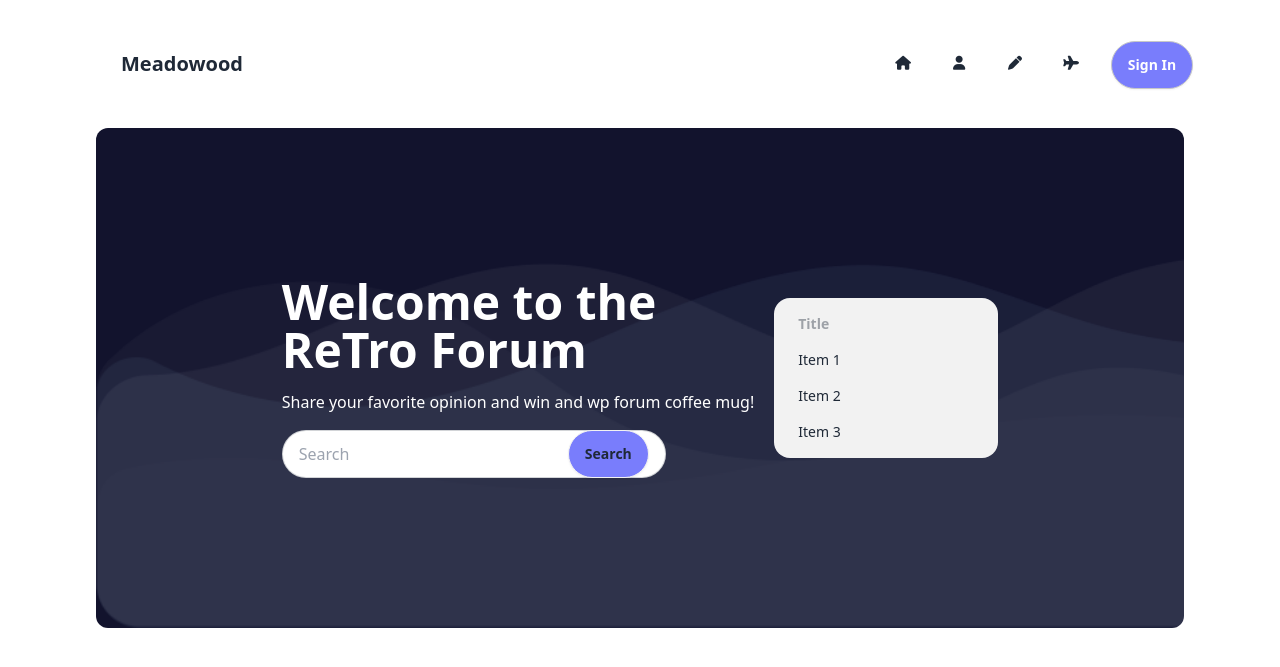
Repository: RudrasahaDibos/Meadowood-Forum
Page: index.html
These files come from the project's save history. The page is drawn as it stood at one moment and after a run of saves; the edit follows.
The browser window is 1280 px wide. The pictures show the whole page.
Some web libraries are served in a nearby version.

Above is the page before, as saved 2024-11-24 12:49:09.

### index.html
<!DOCTYPE html>
<html lang="en">
    <head>
        <meta charset="UTF-8">
        <meta name="viewport" content="width=device-width, initial-scale=1.0">
        <title>Meadowood Forum</title>

        <!-- tailwind  -->
        <link
            href="https://cdn.jsdelivr.net/npm/daisyui@4.12.14/dist/full.min.css"
            rel="stylesheet" type="text/css" />
        <script src="https://cdn.tailwindcss.com"></script>

        <!-- font awesome  -->
        <link rel="stylesheet"
            href="https://cdnjs.cloudflare.com/ajax/libs/font-awesome/6.7.1/css/all.min.css"
            integrity="sha512-5Hs3dF2AEPkpNAR7UiOHba+lRSJNeM2ECkwxUIxC1Q/FLycGTbNapWXB4tP889k5T5Ju8fs4b1P5z/iB4nMfSQ=="
            crossorigin="anonymous" referrerpolicy="no-referrer" />

    </head>
    <body class="container mx-auto lg:px-24 px-8">
        <!-- header is start here  -->
        <header class="mt-8">
            <!-- navbar is start here  -->
            <div class="navbar bg-base-100">
                <div class="flex-1">
                    <a class="btn btn-ghost text-xl">Meadowood</a>
                </div>
                <div class="flex-none">
                    <div class="dropdown dropdown-end mr-6">
                        <div  role="button"
                            class="btn btn-ghost btn-circle flex w-full  ">
                            <div class="indicator rounded-full border-1 h-8 w-8 mr-4 tooltip" data-tip="home">
                                <i class="fa-solid fa-house h-5 w-5 mx-auto mt-2"></i>
                            </div>
                            <div class="indicator rounded-full border-1 h-8 w-8 mr-4 tooltip" data-tip="User">
                                <i class="fa-solid fa-user h-5 w-5 mx-auto mt-2"></i>
                            </div>
                            <div class="indicator rounded-full border-1 h-8 w-8 mr-4 tooltip" data-tip="pen">
                                <i class="fa-solid fa-pen h-5 w-5 mx-auto mt-2"></i>
                            </div>
                            <div class="indicator rounded-full border-1 h-8 w-8 mr-4 tooltip" data-tip="flight">
                                <i class="fa-solid fa-plane h-5 w-5 mx-auto mt-2"></i>
                            </div>
                        </div>

                    </div>
                    <div class="dropdown dropdown-end">
                        <div tabindex="0" role="button"
                            class="btn btn-ghost btn-circle avatar">

                                <button class="btn btn-active bg-[#797DFC] text-white rounded-full ">Sign In</button>

                        </div>
                        <ul
                            tabindex="0"
                            class="menu menu-sm dropdown-content bg-base-100 rounded-box z-[1] mt-3 w-52 p-2 shadow">
                            <li>
                                <a class="justify-between">
                                    Profile
                                    <span class="badge">New</span>
                                </a>
                            </li>
                            <li><a>Settings</a></li>
                            <li><a>Logout</a></li>
                        </ul>
                    </div>
                </div>
            </div>
            <!-- navbar is  end here  -->

             <!-- bannner start here  -->
             <div class="lg:w-full w-[450px] relative bg-no-repeat bg-cover h-[500px] z-0 rounded-xl overflow-hidden mt-8 bg-[#12132D]" style="background-image: url('/images/bgbanner.png');">
                <div class="relative top-0 left-0 w-full h-full z-10  flex  justify-center items-center gap-5 ">

                  <div class="space-y-4">
                    <h2 class="text-5xl font-extrabold font-manrope text-white">Welcome to the <br> ReTro Forum</h2>
                    <p class="text-white">Share your favorite opinion and win and wp forum coffee mug!</p>
                    <label class="input input-bordered flex items-center gap-2 w-96 rounded-full">
                        <input type="text" class="grow" placeholder="Search" />
                         <button class="btn bg-[#797DFC] rounded-full">Search</button>
                      </label>
                  </div>

                   <div>
                    <ul class="menu bg-base-200 rounded-box w-56">
                        <li class="menu-title">Title</li>
                        <li><a>Item 1</a></li>
                        <li><a>Item 2</a></li>
                        <li><a>Item 3</a></li>
                      </ul>
                   </div>

                </div>
                </div>
             <!-- bannner end here  -->




        </header>
        <!-- header is end here  -->

        <!-- main is start here  -->
        <main>

        </main>
        <!-- main is end here  -->

        <!-- footer is start here  -->

        <!-- footer is end here  -->
    </body>
</html>

After the next 3 saves:
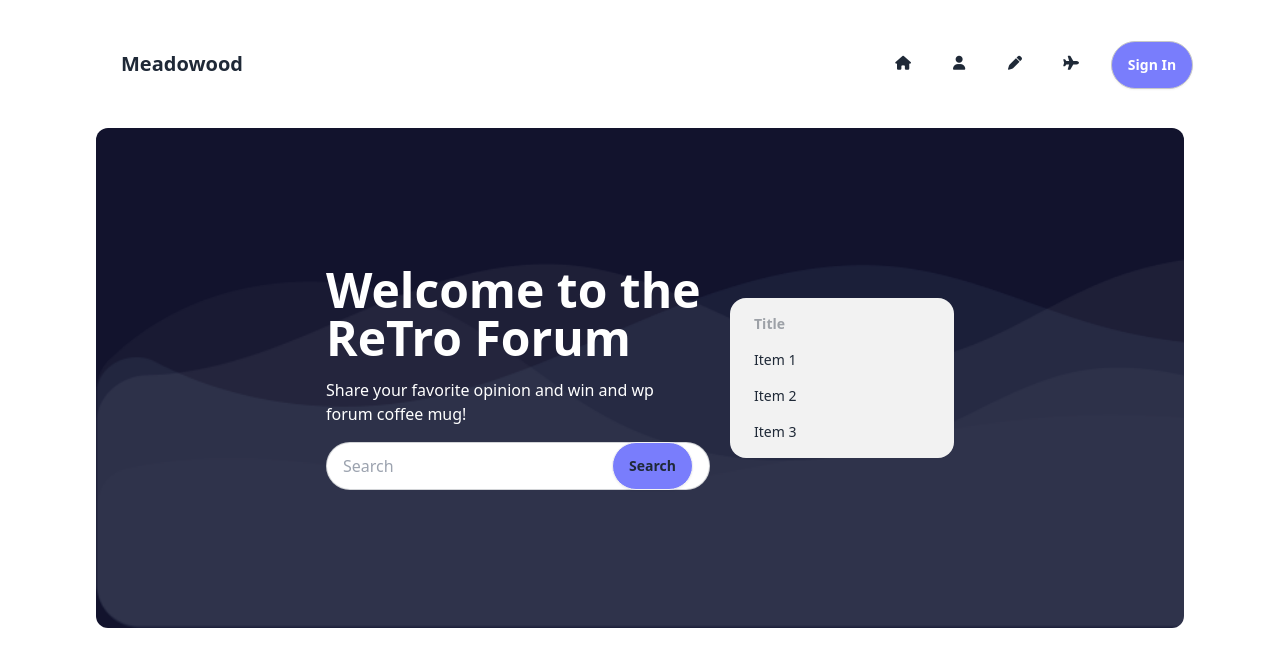
The 3 saves are shown as one change because they came seconds apart.
The last was saved 53 s later.
--- a/index.html
+++ b/index.html
@@ -75,7 +75,7 @@
 
                   <div class="space-y-4">
                     <h2 class="text-5xl font-extrabold font-manrope text-white">Welcome to the <br> ReTro Forum</h2>
-                    <p class="text-white">Share your favorite opinion and win and wp forum coffee mug!</p>
+                    <p class="text-white">Share your favorite opinion and win and wp <br> forum coffee mug!</p>
                     <label class="input input-bordered flex items-center gap-2 w-96 rounded-full">
                         <input type="text" class="grow" placeholder="Search" />
                          <button class="btn bg-[#797DFC] rounded-full">Search</button>
